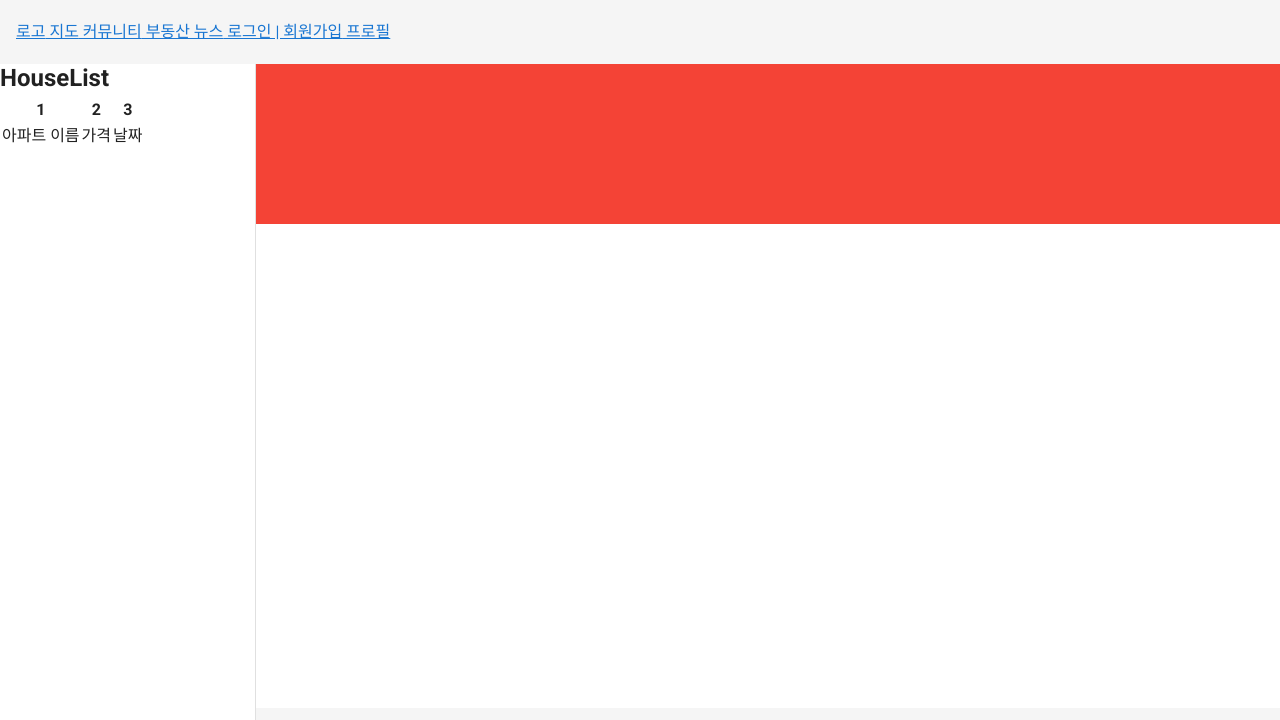
Repository: misso88/vue-whereIsMyHome
Page: /map
An editor plug-in stored every save of this project. The page is shown before and after a run of saves, followed by the edit.
The browser window is 1280 px wide. The pictures show the whole page.
The project was rebuilt for these pictures with package versions that can differ from the ones it lists, and the page was loaded fresh each time. Also part of the build but not shown: vue.config.js, src/views/AppMain.vue, src/views/AppNews.vue.

Above is the page before, as saved 2022-11-16 10:22:24.

After the next 5 saves:
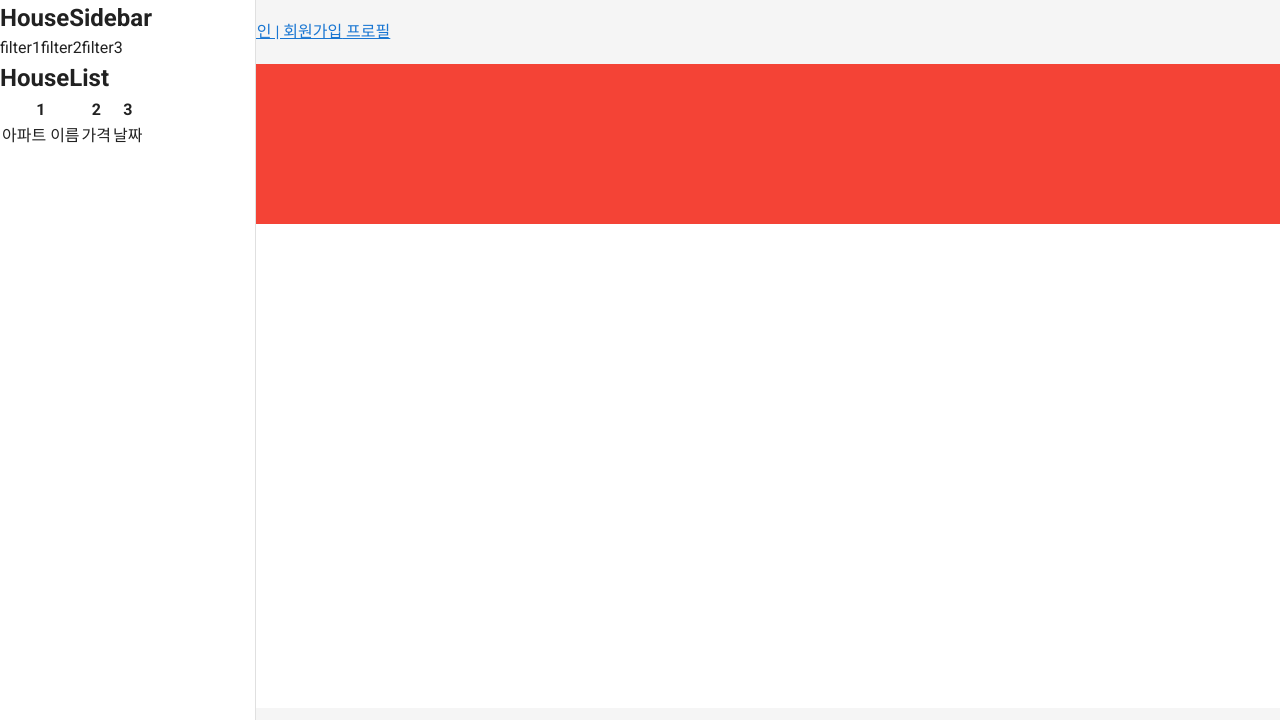
The 5 saves are shown as one change because they came seconds apart.
The last was saved 46 s later.
--- a/src/App.vue
+++ b/src/App.vue
@@ -1,6 +1,6 @@
 <template>
   <v-app>
-    <v-app-bar app elevation="0" >
+    <v-app-bar app elevation="0" absolute clipped-left>
       <the-header></the-header>
     </v-app-bar>
     <v-main>
